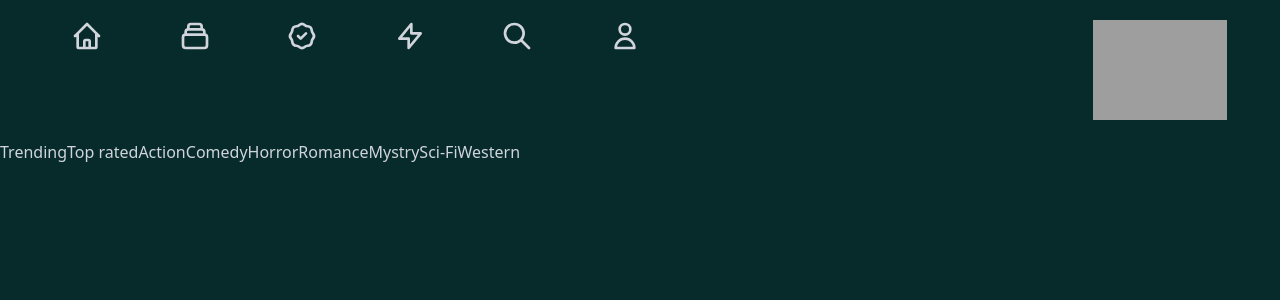
Repository: husainmamuwala/hulu-clone
Page: /
These files come from the project's save history. The page is drawn as it stood at one moment and after a run of saves; the edit follows.
The browser window is 1280 px wide. The pictures show the whole page.
Pictures or frames that could not be fetched are drawn as grey boxes. The project was rebuilt for these pictures with package versions that can differ from the ones it lists, and the page was loaded fresh each time. The framework's server and built-in components were replaced by stand-ins that run in the browser. Also part of the build but not shown: next.config.js.

Above is the page before, as saved 2022-08-08 00:15:51.

### pages/index.js
import Head from 'next/head'
import Header from '../components/Header'
import Nav from '../components/Nav'



export default function Home() {
  return (
    <div>
      <Head>
        <title>Hulu 2.0</title>
        <link rel="icon" href="/favicon.ico" />
      </Head>
      {/*Header */}
      <Header/>
      {/*Nav */}
      <Nav/>

      {/*Results*/}

    </div>
  )
}

### styles/globals.css
@tailwind base;
@tailwind components;
@tailwind utilities;

@layer base {
    body{
        @apply bg-[#062B2A] text-gray-300
    }
}

### components/Header.js
import {HomeIcon,CollectionIcon,LightningBoltIcon,
SearchIcon,UserIcon,BadgeCheckIcon} from "@heroicons/react/outline"
import Image from 'next/image'
import React from 'react'
import HeaderItem from './HeaderItem'

function Header() {
  return (
     <header className='flex flex-col sm:flex-row m-5 justify-between'>
        <div className="flex flex-grow justify-evenly max-w-2xl ">
            <HeaderItem title="HOME" Icon={HomeIcon}/>
            <HeaderItem title="TRENDING" Icon={CollectionIcon}/>
            <HeaderItem title="VERIFIED" Icon={BadgeCheckIcon}/>
            <HeaderItem title="COLLECTIONS" Icon={LightningBoltIcon}/>
            <HeaderItem title="SEARCH" Icon={SearchIcon}/>
            <HeaderItem title="ACCOUNT" Icon={UserIcon}/>
        </div>
        <Image
        className='object-contain'
        src = "https://links.papareact.com/ua6"
        width={200}
        height={100}
        />

     </header>
  )
}

export default Header

### components/Nav.js
import React from 'react'
import requests from '../utils/requests'

function Nav() {
  return (
    <div className='flex '>
        {Object.entries(requests).map(([key,{title,url}]) =>
        <h2 key={key} className="cursor-pointer transition duration-100
        hover:scale-125 hover:text-white active:text-red-500">{title}</h2>
        )}

    </div>
  )
}

export default Nav

### components/HeaderItem.js
import React from 'react'

function HeaderItem({Icon,title}) {
  return (
    <div className='flex flex-col items-center cursor-pointer group
     w-12 sm:w-20 hover:text-white'>
        <Icon className="h-8 mb-1 group-hover:animate-bounce"/>
        <p className='opacity-0 group-hover:opacity-100 tracking-widest'>{title}</p>
    </div>
  )
}

export default HeaderItem

### utils/requests.js
const API_KEY = process.env.API_KEY;

export default {
    fetchTrending:{
        title : 'Trending',
        url:`/trending/all/week?api_key=${API_KEY}&language=en-US`
    },
    fetchTopRated:{
        title : 'Top rated',
        url:`/movie/top_rated?api_key=${API_KEY}&language=en-US`
    },
    fetchActionMovies:{
        title : 'Action',
        url:`/discover/movie?api_key=${API_KEY}&with_genres=28`
    },
    fetchComedyMovies:{
        title : 'Comedy',
        url:`/discover/movie?api_key=${API_KEY}&with_genres=35`
    },
    fetchHorrorMovies:{
        title : 'Horror',
        url:`/discover/movie?api_key=${API_KEY}&with_genres=27`
    },
    fetchRomanceMovies:{
        title : 'Romance',
        url:`/discover/movie?api_key=${API_KEY}&with_genres=10749`
    },
    fetchMystery:{
        title : 'Mystry',
        url:`/discover/movie?api_key=${API_KEY}&with_genres=9648`
    },
    fetchSciFi:{
        title : 'Sci-Fi',
        url:`/discover/movie?api_key=${API_KEY}&with_genres=878`
    },
    fetchWestern:{
        title : 'Western',
        url:`/discover/movie?api_key=${API_KEY}&with_genres=37`
    },
}

### tailwind.config.js
/** @type {import('tailwindcss').Config} */
module.exports = {
  mode : "jit",
  content: [ "./pages/**/*.{js,ts,jsx,tsx}",
  "./components/**/*.{js,ts,jsx,tsx}",],
  theme: {
    extend: {},
  },
  plugins: [],
}

Loaded but not shown: pages/_app.js (common file)

After the next 2 saves:
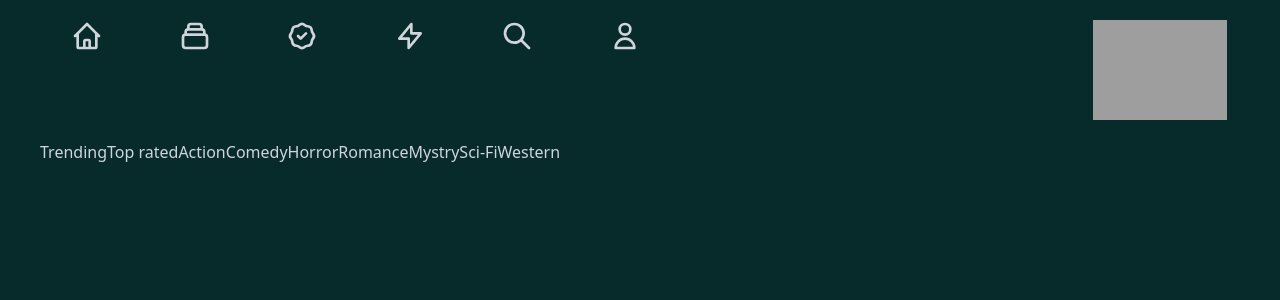
The 2 saves are shown as one change because they came seconds apart.
The last was saved 7 s later.
--- a/components/Nav.js
+++ b/components/Nav.js
@@ -3,7 +3,7 @@ import requests from '../utils/requests'
 
 function Nav() {
   return (
-    <div className='flex '>
+    <div className='flex px-10'>
         {Object.entries(requests).map(([key,{title,url}]) =>
         <h2 key={key} className="cursor-pointer transition duration-100
         hover:scale-125 hover:text-white active:text-red-500">{title}</h2>
